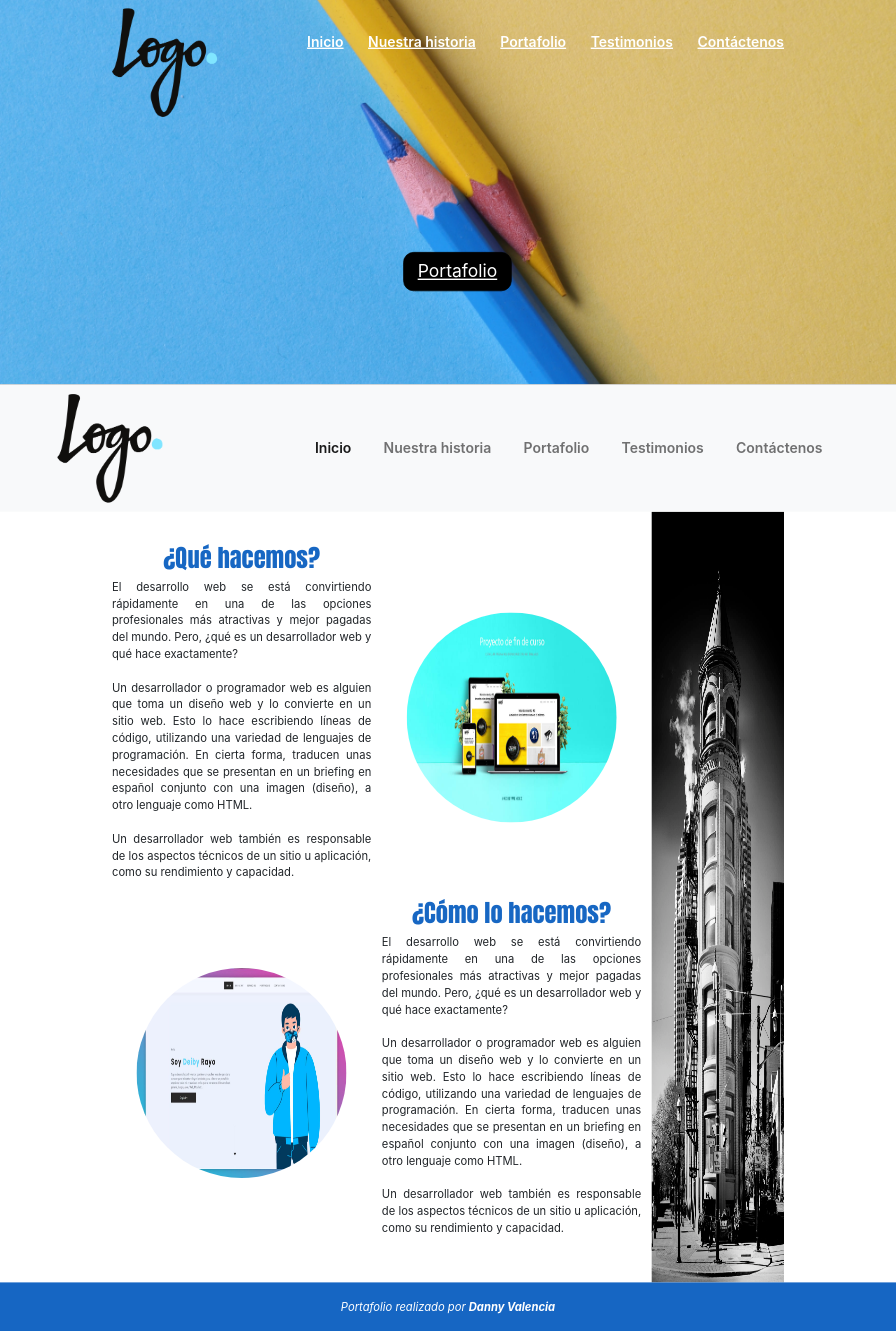
Repository: Dannyval1/Html-portafolio
Page: index.html
These files come from the project's save history. The page is drawn as it stood at one moment and after the next save; the edit follows.
The browser window is 1280 px wide. The pictures show the whole page, at 70% of full size.

Above is the page before, as saved 2022-02-13 18:19:37.

After the next save:
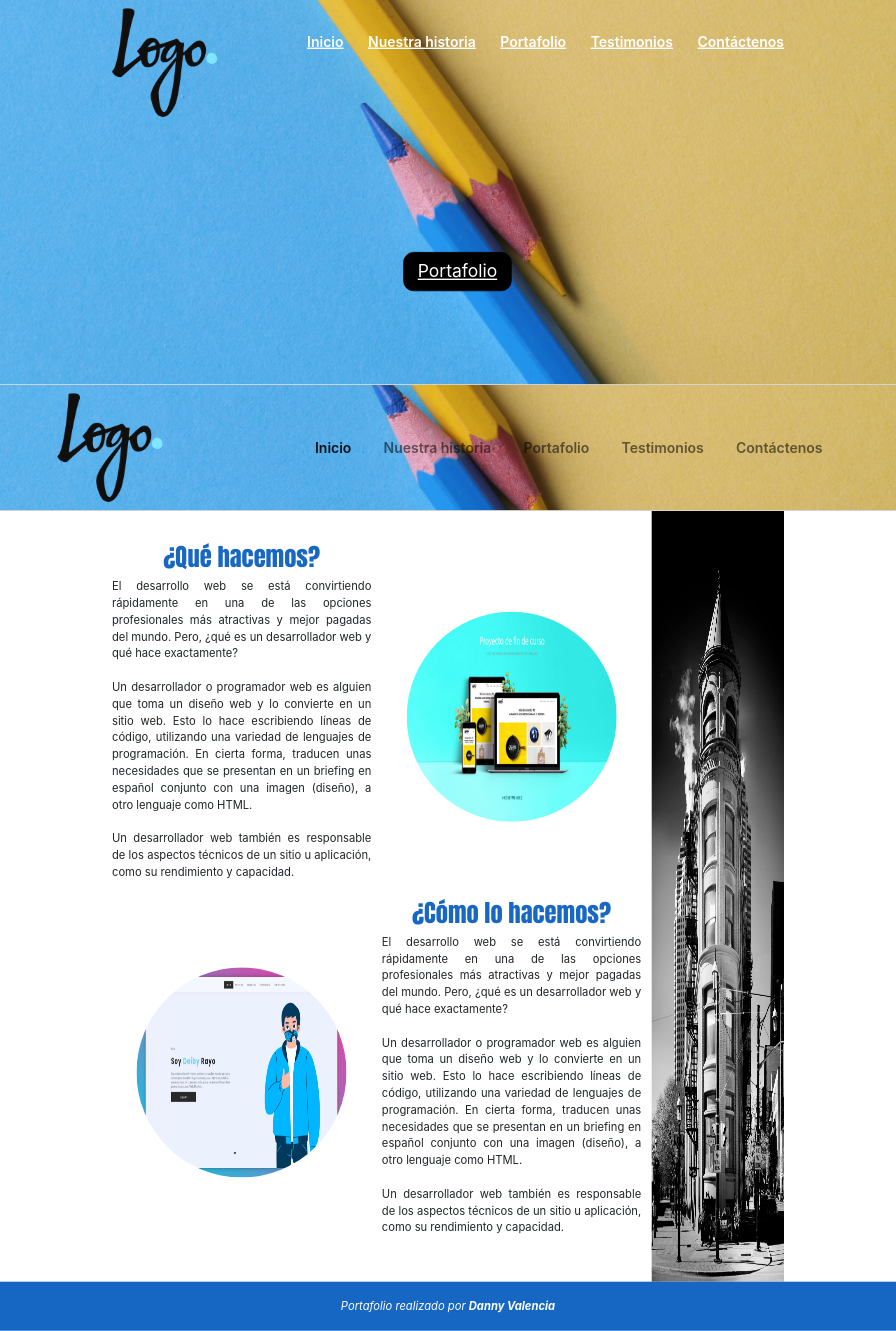
Saved 99 s later.
--- a/index.html
+++ b/index.html
@@ -51,7 +51,7 @@
         <a href="portafolio.html" class="btn-portfolio">Portafolio</a>
       </div>
     </header>
-    <nav class="navbar navbar-expand-lg navbar-light bg-light">
+    <nav class="navbar navbar-expand-lg navbar-light" id="header-two">
       <div class="container">
         <a class="navbar-brand" href="#">
           <img
